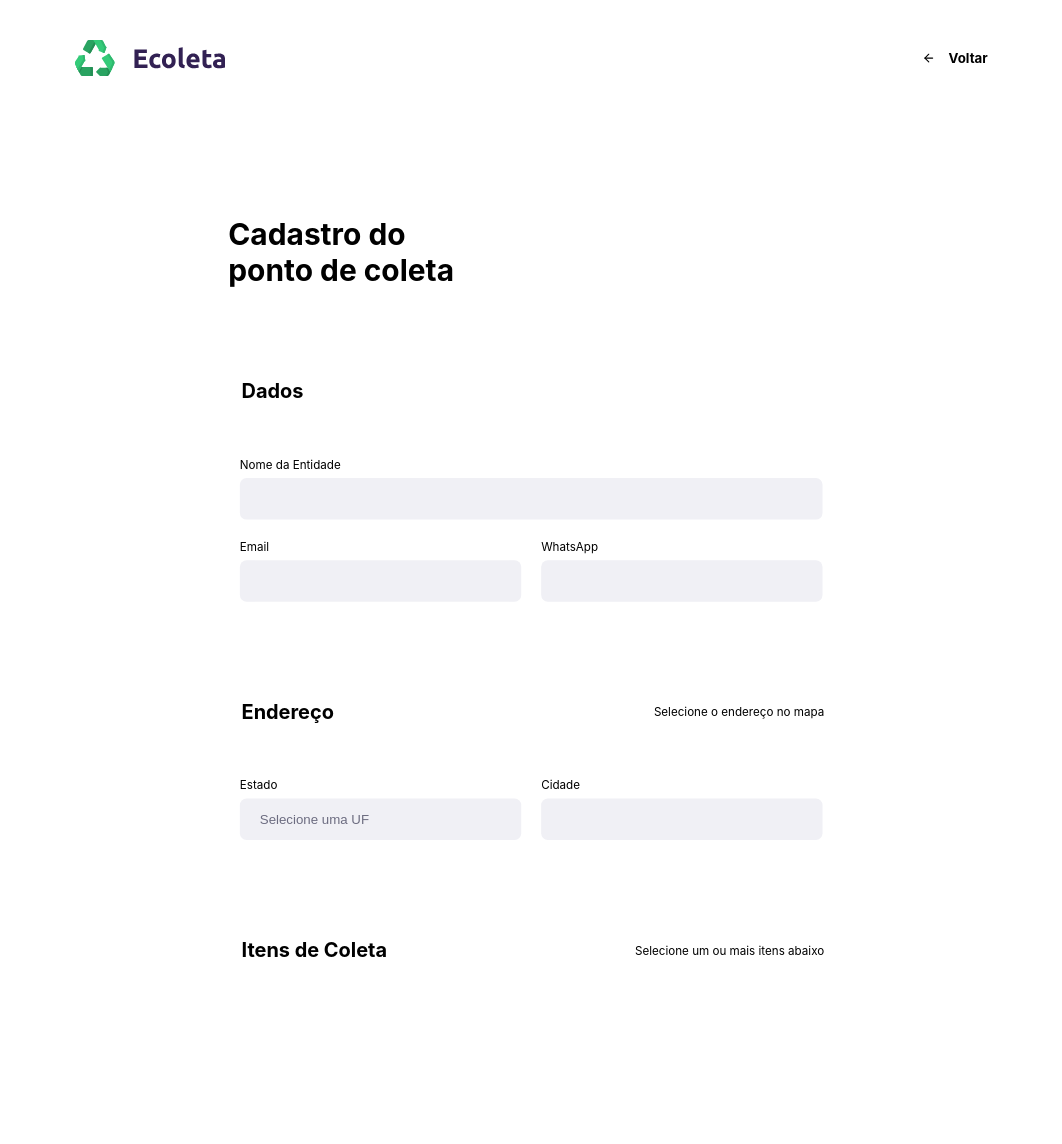
Repository: johnnedemoraesrocha/nlw-o1
Page: /create-point (app in web/)
These files come from the project's save history. The page is drawn as it stood at one moment and after a run of saves; the edit follows.
The browser window is 1280 px wide. The pictures show the whole page, at 83% of full size.
The project was rebuilt for these pictures with package versions that can differ from the ones it lists, and the page was loaded fresh each time. Also part of the build but not shown: web/src/App.css, web/src/pages/Home/Home.css, web/src/pages/Home/index.tsx.

Above is the page before, as saved 2020-06-03 22:49:23.

After the next 2 saves:
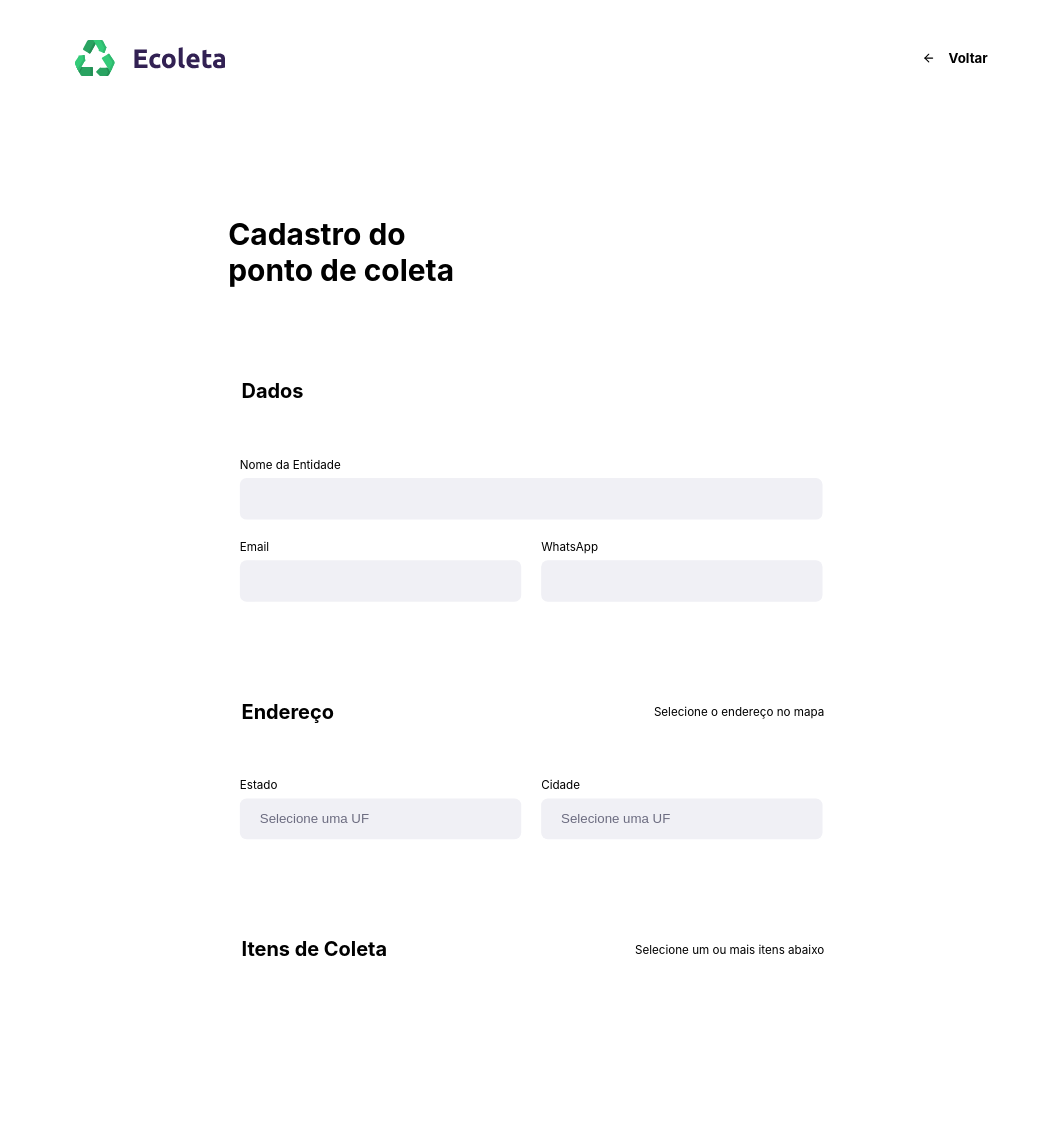
The 2 saves are shown as one change because they came seconds apart.
The last was saved 9 s later.
--- a/web/src/pages/CreatePoint/index.tsx
+++ b/web/src/pages/CreatePoint/index.tsx
@@ -63,7 +63,9 @@
 
                         <div className="field">
                             <label htmlFor="uf">Cidade</label>
-                            <input type="text" name="city" id="city" />
+                            <select  name="city" id="city">
+                                <option value="0">Selecione uma UF</option>
+                            </select>
                         </div>
 
                     </div>
